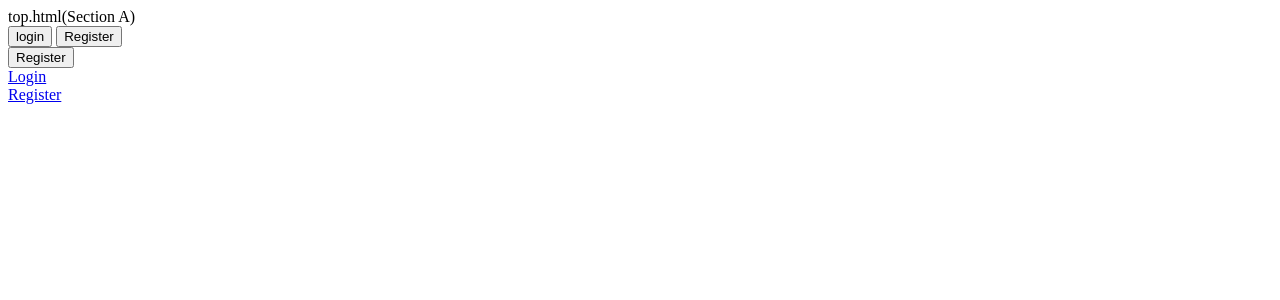
Repository: sheep9590/Test
Page: eclipse-workspace/Prj03/WebRoot/top.html
An editor plug-in stored every save of this project. The page is shown before and after the next save, followed by the edit.
The browser window is 1280 px wide. The pictures show the whole page.

Above is the page before, as saved 2021-09-09 14:35:31.

### eclipse-workspace/Prj03/WebRoot/top.html
<!DOCTYPE html>
<html>
<body>
<span >top.html</span>(Section A)<br>
   <form target="right">
   <input type="submit"  onclick="location.href='Login.html'" value="login">
   <input type="button" onclick="location.href='Register.html'" value="Register">
   </form>
   <form  name=register action="Register.html" target="right">
   <input type="button"  value="Register">
   </form>
   <a href="Login.html" target="right">Login</a><br>
   <a href="Register.html" target="right">Register</a>
</body>
</html>

After the next save:
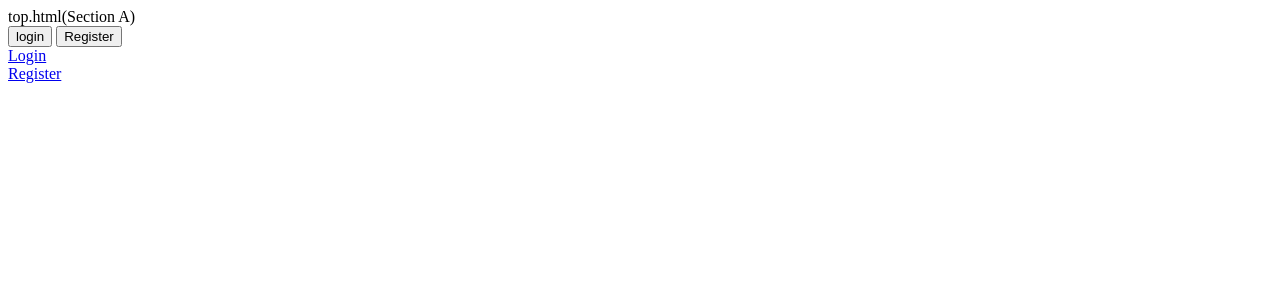
Saved 13 s later.
--- a/eclipse-workspace/Prj03/WebRoot/top.html
+++ b/eclipse-workspace/Prj03/WebRoot/top.html
@@ -4,11 +4,7 @@
 <span >top.html</span>(Section A)<br>
    <form target="right">
    <input type="submit"  onclick="location.href='Login.html'" value="login">
-   <input type="button" onclick="location.href='Register.html'" value="Register">
-   </form>
-   <form  name=register action="Register.html" target="right">
-   <input type="button"  value="Register">
-   </form>
+   <input type="button" onclick="location.href='Register.html'" value="Register"></form>
    <a href="Login.html" target="right">Login</a><br>
    <a href="Register.html" target="right">Register</a>
 </body>
